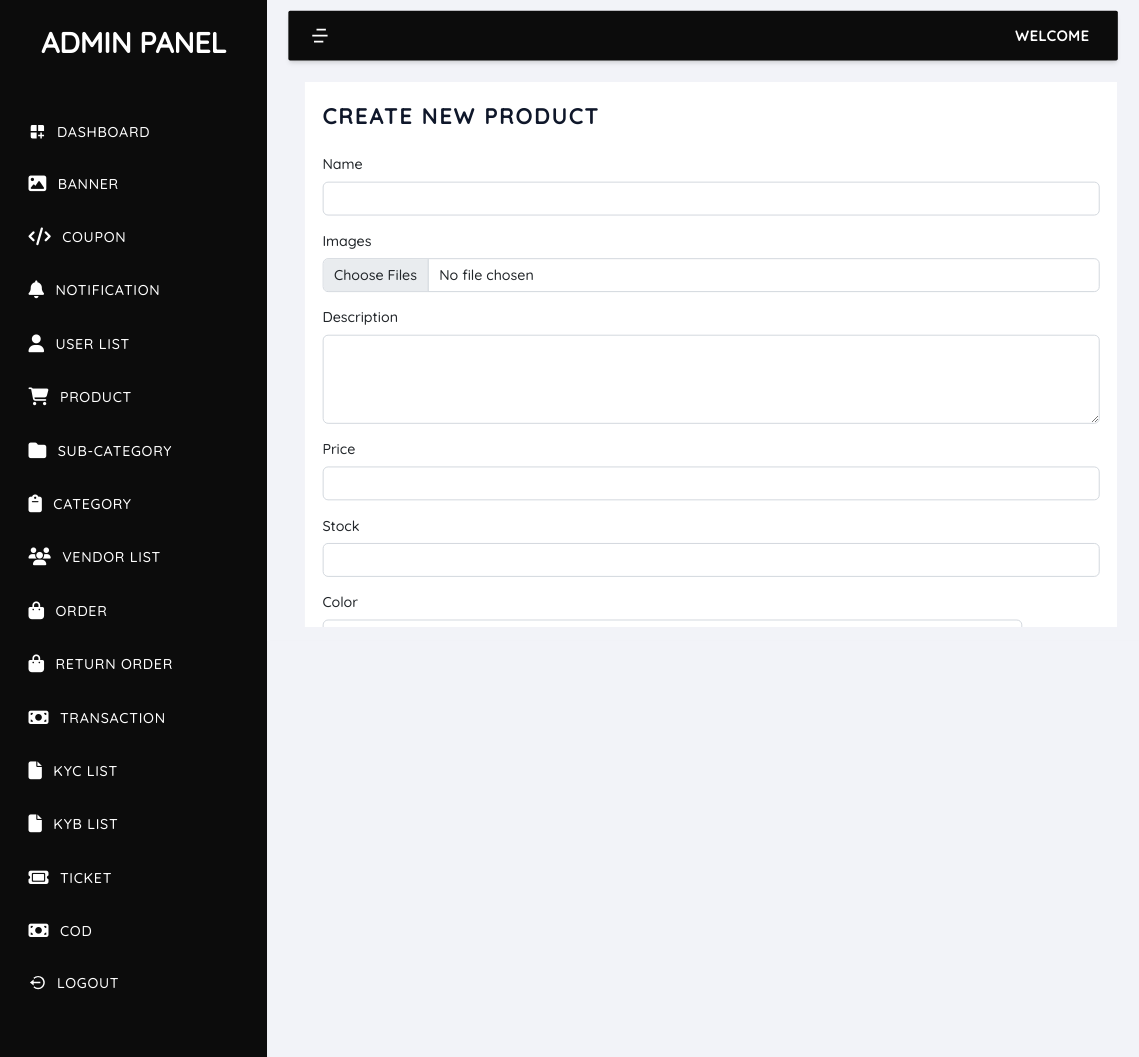
Repository: FlyweisReact/Sudarshan
Page: /create-product
An editor plug-in stored every save of this project. The page is shown before and after a run of saves, followed by the edit.
The browser window is 1280 px wide. The pictures show the whole page, at 89% of full size.
The page's requests for data from a server got no answer. An inner scrolling area shows only its first screen. Some web libraries are served in a nearby version. The project was rebuilt for these pictures with package versions that can differ from the ones it lists, and the page was loaded fresh each time. No one was signed in, and anything a server would have sent is missing. Also part of the build but not shown: src/Admin/forms/AdminLogin.jsx, src/Admin/pages/Dashboard/AdminDashboard.js, src/Admin/pages/Banner/AdminBanner.js, src/Admin/pages/subcategory/AdminSubCategory.js, src/Admin/pages/category/AdminCategory.js, src/Admin/pages/Product/AdminProduct.js, src/Admin/pages/Product/AdminSingleProduct.js, src/Admin/pages/Order/AdminOrder.js and 12 more.

Above is the page before, as saved 2023-09-06 15:16:40.

After the next 3 saves:
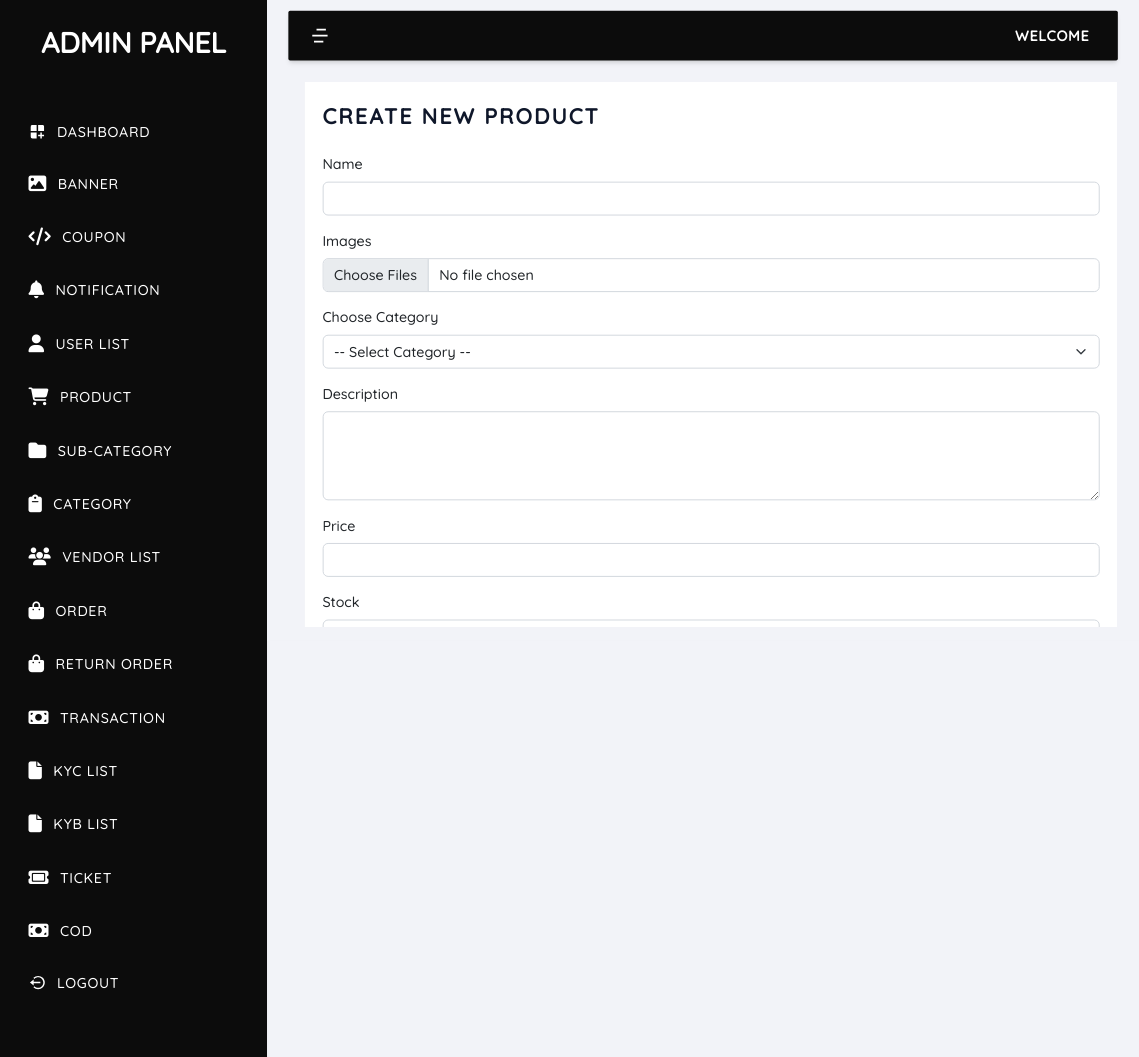
The 3 saves are shown as one change because they came seconds apart.
The last was saved 13 s later.
--- a/src/Admin/pages/Product/AdminCreateProduct.js
+++ b/src/Admin/pages/Product/AdminCreateProduct.js
@@ -126,13 +126,9 @@ const AdminCreateProduct = () => {
             />
           </Form.Group>
 
-          {/* <Form.Group className="mb-3">
+          <Form.Group className="mb-3">
             <Form.Label>Choose Category</Form.Label>
             <Form.Select
-              onChange={(e) => {
-                setCategoryId(e.target.value);
-                getSubCategory(e.target.value);
-              }}
               required
             >
               <option>-- Select Category --</option>
@@ -142,7 +138,7 @@ const AdminCreateProduct = () => {
                 </option>
               ))}
             </Form.Select>
-          </Form.Group> */}
+          </Form.Group>
 
           <Form.Group className="mb-3">
             <Form.Label>Description</Form.Label>
